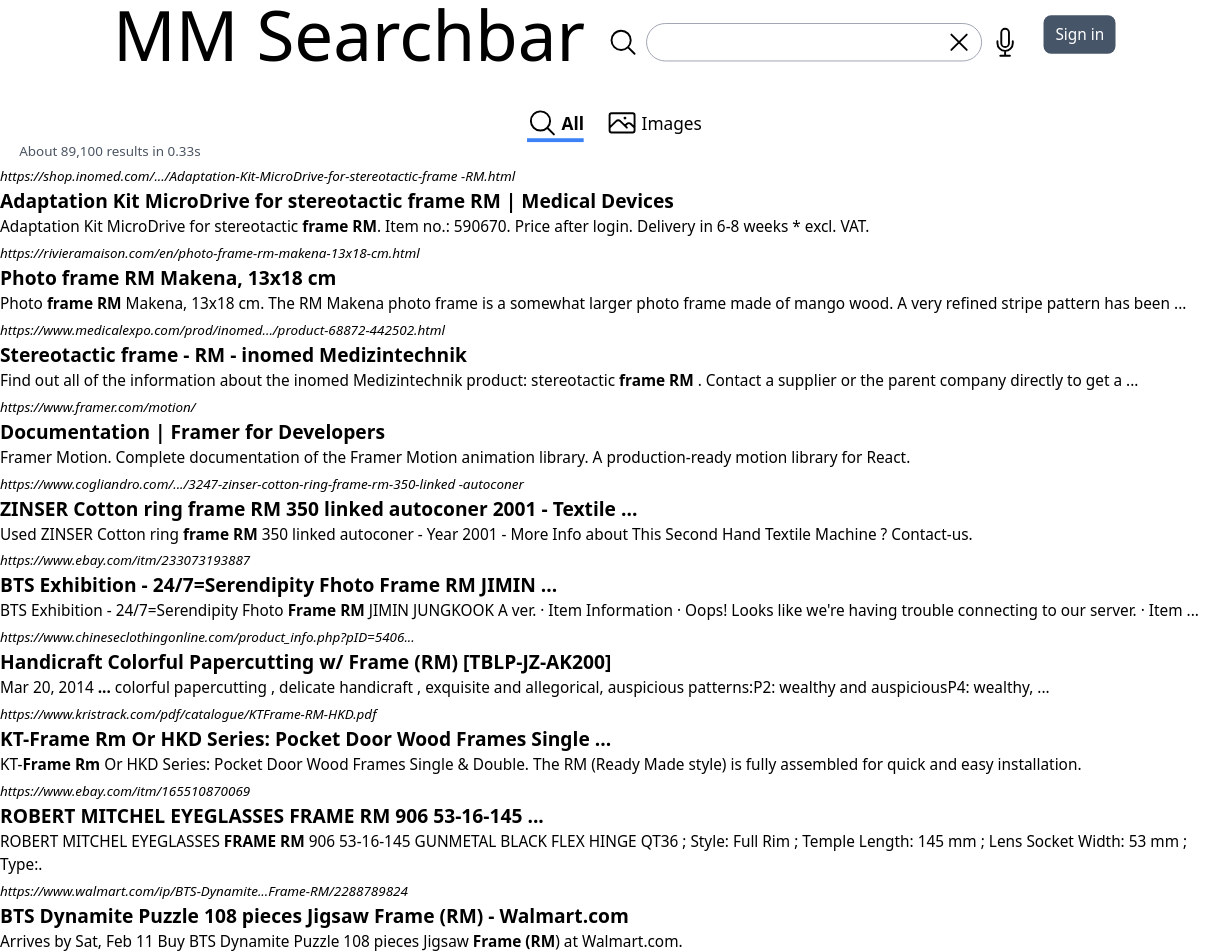
Repository: michalmilek/minigoogle
Page: /search
These files come from the project's save history. The page is drawn as it stood at one moment and after the next save; the edit follows.
The browser window is 1280 px wide. The pictures show the whole page, at 96% of full size.
The page's requests for data from a server got no answer. The project was rebuilt for these pictures with package versions that can differ from the ones it lists, and the page was loaded fresh each time. The framework's server and built-in components were replaced by stand-ins that run in the browser. No one was signed in, and anything a server would have sent is missing. Also part of the build but not shown: next.config.js, Response.ts.

Above is the page before, as saved 2023-02-14 01:58:36.

### pages/_app.tsx
import '@/styles/globals.css'
import type { AppProps } from 'next/app'
import { SessionProvider } from "next-auth/react";

export default function App({ Component, pageProps }: AppProps) {
  return (
    <SessionProvider
      // Provider options are not required but can be useful in situations where
      // you have a short session maxAge time. Shown here with default values.
      session={pageProps.session}>
      <Component {...pageProps} />
    </SessionProvider>
  );
}

### pages/search.tsx
import SearchHeader from "@/components/SearchHeader";
import Head from "next/head";
import React from "react";
import SearchOptions from "@/components/SearchOptions";
import { GetServerSideProps } from "next";
import Response from "@/Response";
import SearchResults from "@/components/SearchResults";
import { useRouter } from "next/router";

const search = ({ results }: any) => {
  console.log(results);
  const router = useRouter();
  return (
    <div className="flex flex-col">
      <Head>
        <title>Search page</title>
        <meta
          name="description"
          content="Generated by create next app"
        />
        <meta
          name="viewport"
          content="width=device-width, initial-scale=1"
        />
        <link
          rel="icon"
          href="/favicon.ico"
        />
      </Head>

      <SearchHeader />
      <SearchOptions />
      <SearchResults results={results} />
    </div>
  );
};

export default search;

export async function getServerSideProps(ctx: any) {
  const mockData = true;
  const data = mockData
    ? Response
    : await fetch(
        `https://www.googleapis.com/customsearch/v1?key=${
          process.env.NEXT_PUBLIC_GOOGLE_API_KEY
        }&cx=${process.env.NEXT_PUBLIC_CONTEXT_KEY}&q=${ctx.query.term}${
          ctx.query.searchType === "image" ? "&searchType=image" : ""
        }`
      ).then((response) => response.json());

  return {
    props: {
      results: data,
    },
  };
}

### components/SearchHeader.tsx
import React, { FormEvent, useRef } from "react";
import {
  MagnifyingGlassIcon,
  MicrophoneIcon,
  XMarkIcon,
} from "@heroicons/react/24/outline";
import { useRouter } from "next/router";
import User from "./User";

const SearchHeader = () => {
  const router = useRouter();
  const inputSearchRef = useRef<HTMLInputElement>(null);

  const clearInput = () => {
    inputSearchRef.current!.value = "";
  };

  const search = (e: FormEvent) => {
    e.preventDefault();
    const term = inputSearchRef.current?.value;
    if (!term?.trim()) return;
    router.push(`/search?term=${term.trim()}&searchType=`);
  };

  return (
    <header className="sticky top-0 left-0 bg-white flex flex-row py-auto items-center justify-center gap-6 px-2 md:px-0">
      <h1 className="text-3xl lg:text-7xl">MM Searchbar</h1>
      <form
        onSubmit={search}
        className="flex items-center justify-center mt-4">
        <div className="flex flex-grow flex-shrink gap-2 items-center justify-center">
          <button type="submit">
            <MagnifyingGlassIcon className="h-8 cursor-pointer" />
          </button>
          <div className="relative flex justify-center items-center w-[90%] md:w-[350px]">
            <input
              type="text"
              defaultValue={router.query.term}
              ref={inputSearchRef}
              className="border transition-all outline-none ring-0 focus:drop-shadow-2xl  text-base w-[100%] h-[100%] px-4 py-2 border-gray-400 rounded-full"
            />
            <XMarkIcon
              onClick={() => clearInput()}
              className="cursor-pointer h-8 absolute top-[50%] right-2 translate-y-[-50%]"
            />
          </div>
          <MicrophoneIcon className="h-8 cursor-pointer" />
        </div>
      </form>
      <User />
    </header>
  );
};

export default SearchHeader;

### components/SearchOptions.tsx
import React, { useState } from "react";
import SearchOption from "./SearchOption";
import { MagnifyingGlassIcon, PhotoIcon } from "@heroicons/react/24/outline";
import { useRouter } from "next/router";

const SearchOptions = () => {
  const router = useRouter();
  const [selected, setSelected] = useState("All");
  return (
    <div className="flex gap-6 select-none w-full justify-center mt-10">
      <SearchOption
        title="All"
        Icon={MagnifyingGlassIcon}
        selected={selected}
        setSelected={setSelected}
      />
      <SearchOption
        title="Images"
        Icon={PhotoIcon}
        selected={selected}
        setSelected={setSelected}
      />
    </div>
  );
};

export default SearchOptions;

### components/SearchResults.tsx
import React from "react";
import Parser from "html-react-parser";

const SearchResults = ({ results }: any) => {
  return (
    <div className="w-screen">
      <p className="text-gray-600 text-sm pl-5">
        About {results.searchInformation.formattedTotalResults} results in{" "}
        {results.searchInformation.formattedSearchTime}s
      </p>
      {results.items.map((result): any => (
        <div key={result.link}>
          <div className="group">
            <a
              className="truncate text-sm italic"
              href={result.link}>
              {result.formattedUrl}
            </a>
            <a
              className="group-hover:underline transition-all text-lg font-bold"
              href={result.link}>
              <h2 className="truncate text-xl">{result.title}</h2>
            </a>
          </div>
          <p>{Parser(result.htmlSnippet)}</p>
        </div>
      ))}
    </div>
  );
};

export default SearchResults;

### components/User.tsx
import React from "react";
import { useSession, signIn, signOut } from "next-auth/react";

const User = () => {
  const { data: session } = useSession();
  return (
    <>
      {session ? (
        <img
          onClick={() => signOut()}
          src={session.user?.image!}
          alt={session.user?.name!}
          className="h-[50px] w-[50px] object-cover rounded-full"
        />
      ) : (
        <button
          className="bg-slate-600 text-white px-3 py-2 rounded-lg"
          onClick={() => signIn()}>
          Sign in
        </button>
      )}
    </>
  );
};

export default User;

### components/SearchOption.tsx
import { type } from "os";
import React, {
  Dispatch,
  ForwardRefExoticComponent,
  SetStateAction,
  SVGProps,
  useRef,
} from "react";
import { MagnifyingGlassIcon, PhotoIcon } from "@heroicons/react/24/outline";
import { useRouter } from "next/router";

type props = {
  title: string;
  Icon: React.ForwardRefExoticComponent<
    React.SVGProps<SVGSVGElement> & {
      title?: string | undefined;
      titleId?: string | undefined;
    }
  >;
  selected: string;
  setSelected: Dispatch<SetStateAction<string>>;
};

const SearchOption = ({ title, Icon, selected, setSelected }: props) => {
  const router = useRouter();
  const divRef = useRef<HTMLDivElement>(null);

  const selectTab = (title: any) => {
    if (title === "All") {
      setSelected("All");
      router.push(`/search?term=${router.query.term}&type=all`);
    }
    if (title === "Images") {
      router.push(`/search?term=${router.query.term}&type=image`);
      setSelected("Images");
    }
  };
  return (
    <div
      onClick={() => selectTab(title)}
      ref={divRef}
      className={`flex flex-col md:flex-row ${
        selected === title
          ? "border-b-blue-500 font-bold"
          : "border-b-transparent"
      } transition-all border-b-4 md:gap-1 items-center justify-center`}>
      <Icon className="h-5 md:h-8" />
      <p className="md:text-lg">{title}</p>
    </div>
  );
};

export default SearchOption;

Loaded but not shown: pages/_document.tsx (common file); styles/globals.css (common file); tailwind.config.js (common file)

After the next save:
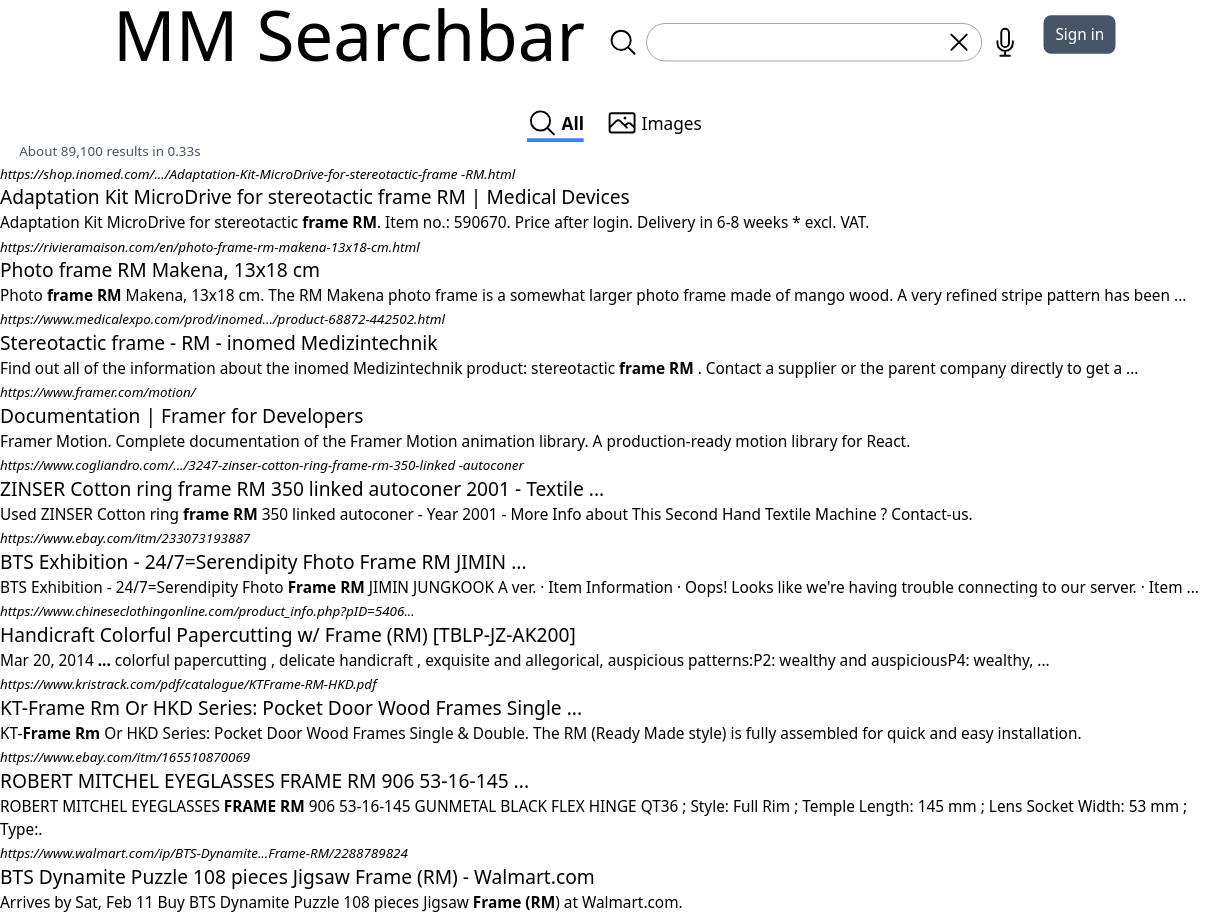
Saved 24 s later.
--- a/components/SearchResults.tsx
+++ b/components/SearchResults.tsx
@@ -17,9 +17,9 @@
               {result.formattedUrl}
             </a>
             <a
-              className="group-hover:underline transition-all text-lg font-bold"
+              className="group-hover:underline"
               href={result.link}>
-              <h2 className="truncate text-xl">{result.title}</h2>
+              <h2 className="truncate text-xl font-medium">{result.title}</h2>
             </a>
           </div>
           <p>{Parser(result.htmlSnippet)}</p>
